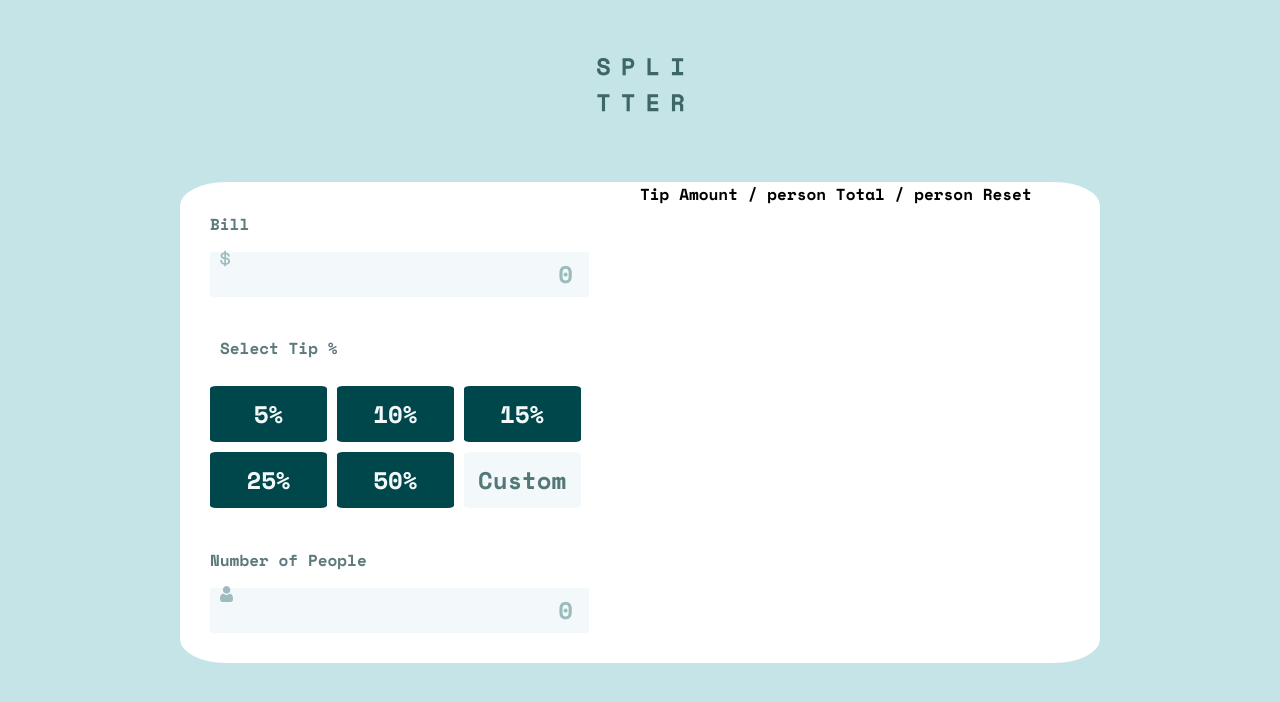
Repository: Arkitecth/tip-calculator
Page: index.html
These files come from the project's save history. The page is drawn as it stood at one moment and after the next save; the edit follows.
The browser window is 1280 px wide. The pictures show the whole page.

Above is the page before, as saved 2023-06-09 18:41:29.

### index.html
<!DOCTYPE html>
<html lang="en">
<head>
  <meta charset="UTF-8">
  <meta name="viewport" content="width=device-width, initial-scale=1.0"> <!-- displays site properly based on user's device -->

  <link rel="icon" type="image/png" sizes="32x32" href="./images/favicon-32x32.png">
  <link rel="stylesheet" href="styles.css">
  <title>Tip calculator app</title>

</head>
<body>

  <main>
    <img src="images/logo.svg" alt="logo">
      <div class="app">
        <div class="entry">
          <div class="bill-entry">
            <p>Bill</p>
            <img src="images/icon-dollar.svg" alt="dollar sign"><input class="entry-input" type="text" name="Bill" id="Bill" placeholder="0">
          </div>

          <div class="tip-entry">
            <p>Select Tip %</p>
            <input type="button" value="5%">
            <input type="button" value="10%">
            <input type="button" value="15%">
            <input type="button" value="25%">
            <input type="button" value="50%">
            <input class="custom" type="button" value="Custom">
          </div>

          <div class="people-entry">
            <p>Number of People</p>
            <img src="images/icon-person.svg" alt="person sign"><input class="entry-input" type="text" name="people-entry" id="people-entry" placeholder="0">
          </div>

        </div>

        <div class="result">
          Tip Amount
          / person

          Total
          / person

          Reset
        </div>


  </div>
  </main>





</body>
</html>

### styles.css
@import url('https://fonts.googleapis.com/css2?family=Space+Mono:wght@700&display=swap');
* {
    margin: 0;
    padding: 0;
    font-family: 'Space Mono', monospace;
}

/* Main Styling */
body {
    background-color: #C5E4E7;

}

main {
    display: flex;
    flex-direction: column;
    justify-content: center;
    align-items: center;
    align-content: center;
    height: 100vh;
    gap: 70px;
}

/* App Styling */

.app {
    width: 920px;
    height: 481px;
    background-color: white;
    border-radius: 5%;
    display: grid;
    grid-template-columns: 1fr 1fr;
}

/* Entry Styling */

.entry {
    display: grid;
    padding-top: 30px;
    grid-template-rows: auto auto auto;
    padding-left: 30px;
    justify-content: center;
    color: #5E7A7D;
}

.entry p {
    margin-bottom: 1rem;
}

.entry-input {
    background-color:#f3F9FA;
    width: 379px;
    height: 45px;
    border: none;
    border-radius: 2%;
    text-align: right;
    font-size: 1.5rem;
    color: #00474B;

}

.entry-input:focus {
    outline: none;
    border: 1px solid #26C2AE;

}

.entry-input::placeholder {
    text-align: right;
    font-size: 1.5rem;
    color:#00474B;
    opacity: 0.35;
    padding: 1rem;

}

/* Bill Styling */

.bill-entry {
    position: relative;
}

.bill-entry img {
    position: absolute;
    top: 38px;
    left: 10px;
}

/* Tip Entry */
.tip-entry p {
    padding: 10px;
}
.tip-entry input[type="button"] {
    width: 117px;
    padding: 10px;
    margin-bottom: 10px;
    background-color:#00474B;
    color: #f3F9FA;
    font-size: 1.5rem;
    border: none;
    border-radius: 5%;
    font-weight: 700;
}

.tip-entry input[type="button"]:active,.tip-entry input[type="button"]:hover {
    background-color: #26C2AE;
}
.tip-entry input[type="button"]:active {
    transform: translateY(4px);
}

.tip-entry input.custom {
    background-color: #F3F9FA;
    color:#547878;
}

/* People Entry Styling */
.people-entry {
    position: relative;
}
.people-entry img {
    position: absolute;
    top: 38px;
    left: 10px;
}

After the next save:
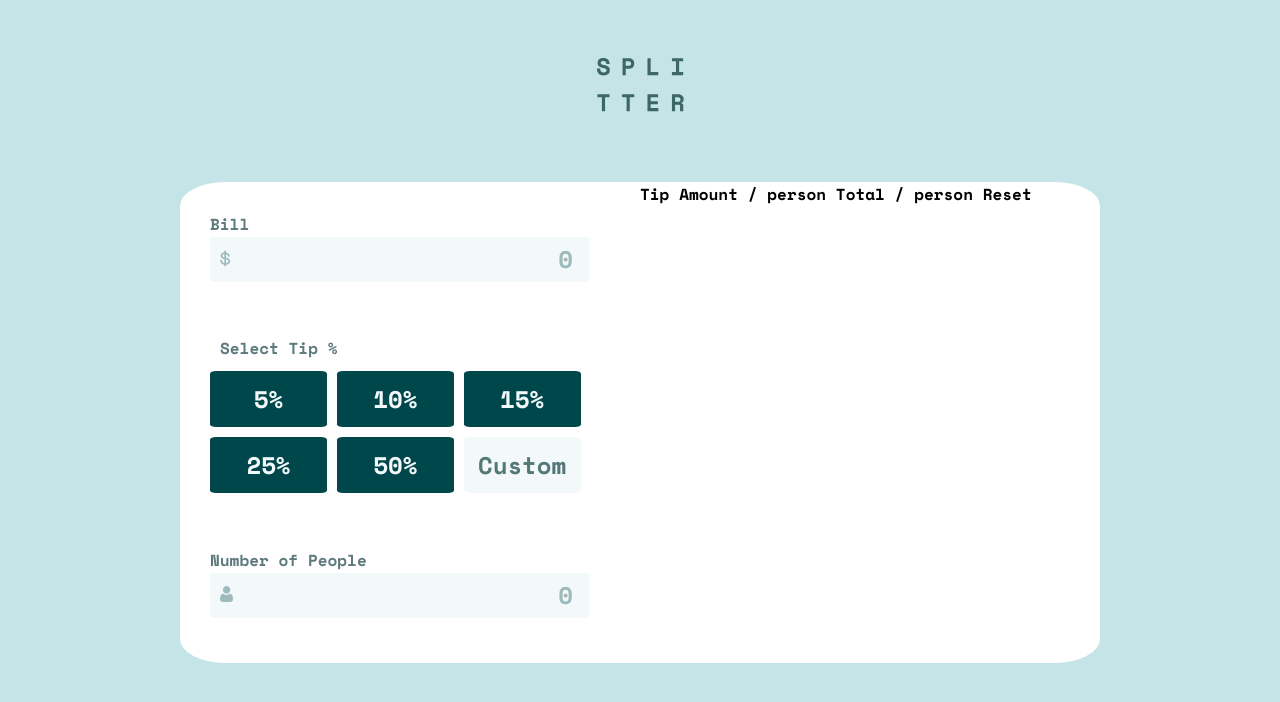
Saved 5 s later.
--- a/styles.css
+++ b/styles.css
@@ -44,7 +44,7 @@
 }
 
 .entry p {
-    margin-bottom: 1rem;
+    margin-bottom: 1px;
 }
 
 .entry-input {
